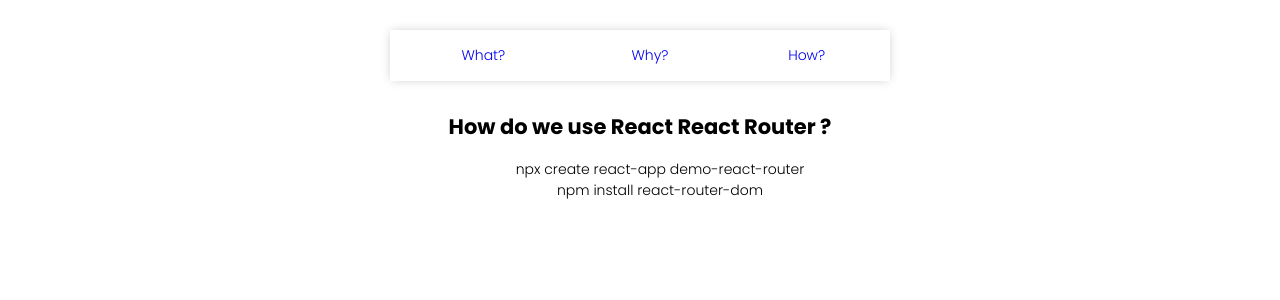
Repository: nguy3nds/2021-18-9-react
Page: /about
The author's editor kept a copy of each file at every save. The page is drawn from the files as they stood at one save, then again after the next save.
The browser window is 1280 px wide. The pictures show the whole page.
The project was rebuilt for these pictures with package versions that can differ from the ones it lists, and the page was loaded fresh each time. Also part of the build but not shown: src/components/What.js.

Above is the page before, as saved 2021-09-19 00:04:51.

After the next save:
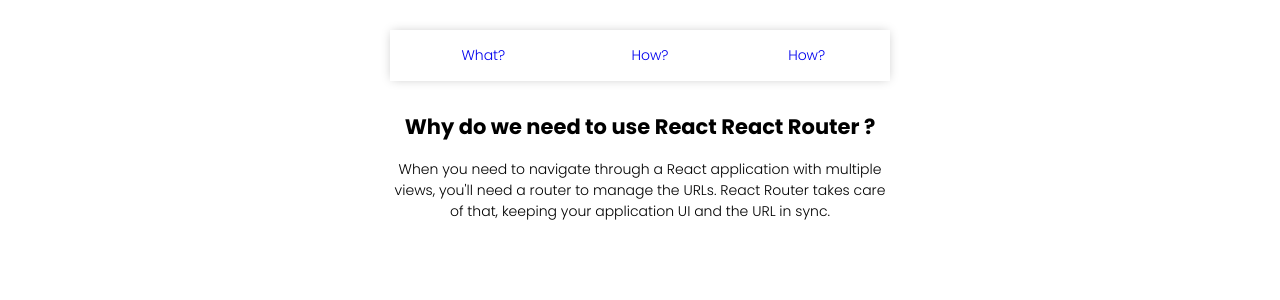
Saved 23 s later.
--- a/src/App.js
+++ b/src/App.js
@@ -15,7 +15,7 @@ export default function App() {
               <Link to="/">What?</Link>
             </li>
             <li className="menu-item has-child">
-              <Link to="/about">Why?</Link>
+              <Link to="/about">How?</Link>
             </li>
             <li className="menu-item has-child">
               <Link to="/users">How?</Link>
@@ -27,10 +27,10 @@ export default function App() {
             renders the first one that matches the current URL. */}
         <Switch>
           <Route path="/about">
-            <Why />
+            <How />
           </Route>
           <Route path="/users">
-            <How />
+            <Why />
           </Route>
           <Route path="/">
             <What />
